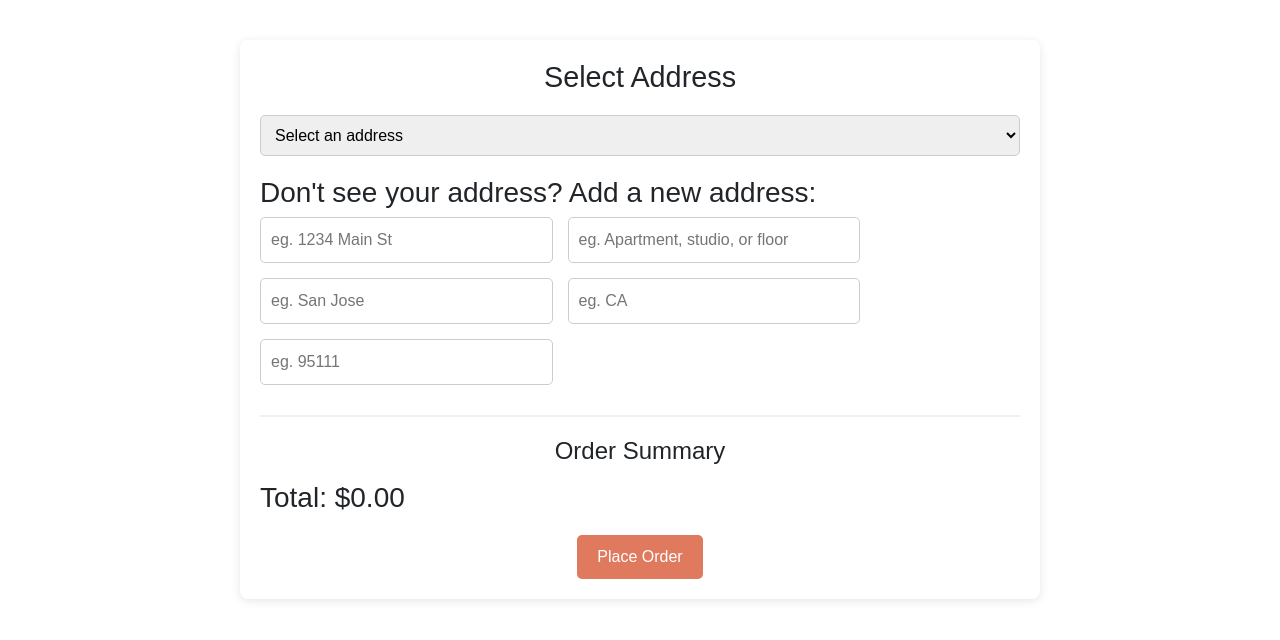
Repository: chelseajaculina/lab2-uber-eats
Page: /order (app in frontend/)
These files come from the project's save history. The page is drawn as it stood at one moment and after the next save; the edit follows.
The browser window is 1280 px wide. The pictures show the whole page.
The page's requests for data from a server got no answer. The project was rebuilt for these pictures with package versions that can differ from the ones it lists, and the page was loaded fresh each time. No one was signed in, and anything a server would have sent is missing. Also part of the build but not shown: frontend/src/components/Home.css, frontend/src/components/Logout.css, frontend/src/components/Logout.js, frontend/src/components/CartModal.css, frontend/src/components/CartModal.js, frontend/src/components/NavBarHome.js, frontend/src/components/Home.js, frontend/src/components/CustomerSignUp.js and 25 more.

Above is the page before, as saved 2024-11-19 19:17:48.

After the next save:
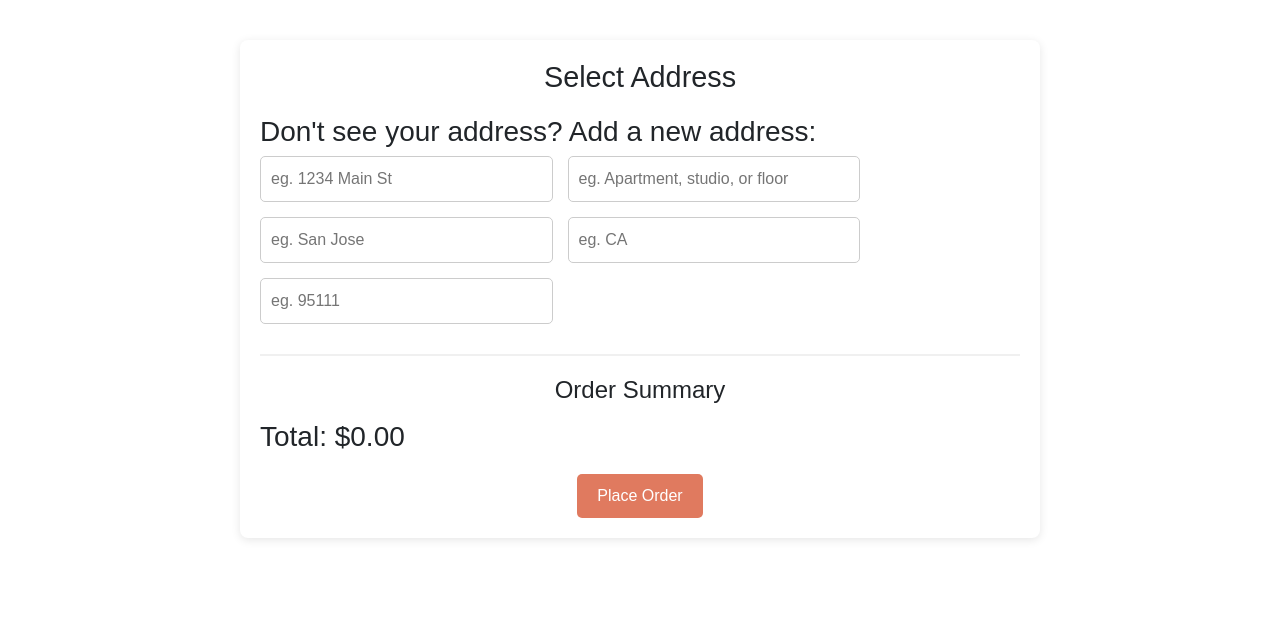
Saved 6 s later.
--- a/frontend/src/components/OrderPage.js
+++ b/frontend/src/components/OrderPage.js
@@ -50,18 +50,6 @@ const OrderPage = () => {
   return (
     <div className="order-page">
       <h2>Select Address</h2>
-      <select
-        className="address-dropdown"
-        value={selectedAddress}
-        onChange={(e) => setSelectedAddress(e.target.value)}
-      >
-        <option value="">Select an address</option>
-        {addresses.map((address, index) => (
-          <option key={index} value={address}>
-            {address}
-          </option>
-        ))}
-      </select>
       <h3>Don't see your address? Add a new address:</h3>
       <form className="new-address-form">
         <input type="text" name="street" placeholder="eg. 1234 Main St" />
